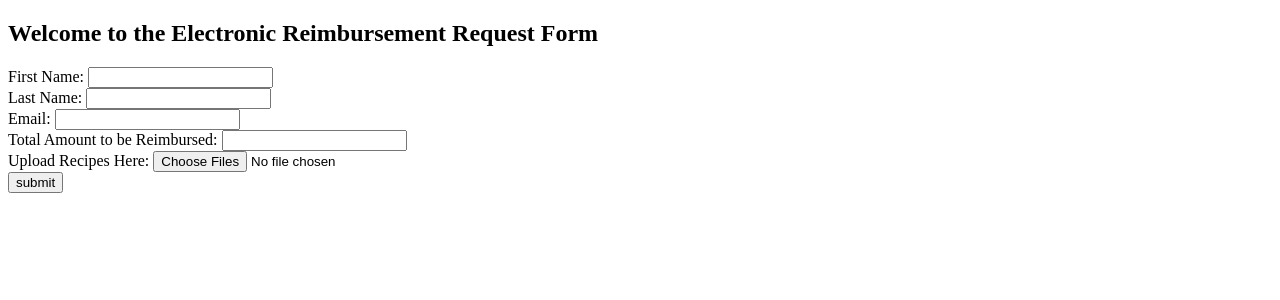
Repository: lharrill01/july_11_current_projects
Page: gres/src/main/java/gres/model/errfwelcome.html
These files come from the project's save history. The page is drawn as it stood at one moment and after the next save; the edit follows.
The browser window is 1280 px wide. The pictures show the whole page.

Above is the page before, as saved 2019-07-07 22:50:42.

### gres/src/main/java/gres/model/errfwelcome.html
<!DOCTYPE html>
<html lang="en">
<head>
    <meta charset="UTF-8">
    <meta name="viewport" content="width=device-width, initial-scale=1.0">
    <meta http-equiv="X-UA-Compatible" content="ie=edge">
    <title>Home: GERS</title>
</head>
<body>
<nav>
<a href=""></a>

</nav>
    <h2>Welcome to the Electronic Reimbursement Request Form</h2>
<div>
<form action="" method="post">
<label> First Name: </label>
<input type="text" name="firstName">
</div>
<div>
<label> Last Name: </label>
<input type="text" name="lastName">
</div>
<div>
<label> Email: </label>
<input type="email" name="emailaddress">
</div>
<div>
<label>Total Amount to be Reimbursed: </label>
<input type="text" name="rAmount">
</div>
<div>
<label> Upload Recipes Here: </label>
<input type="file" name="reciepts" accept="image/*" multiple>
</div>
<input type="submit" value="submit">
</form>
</body>
</html>

After the next save:
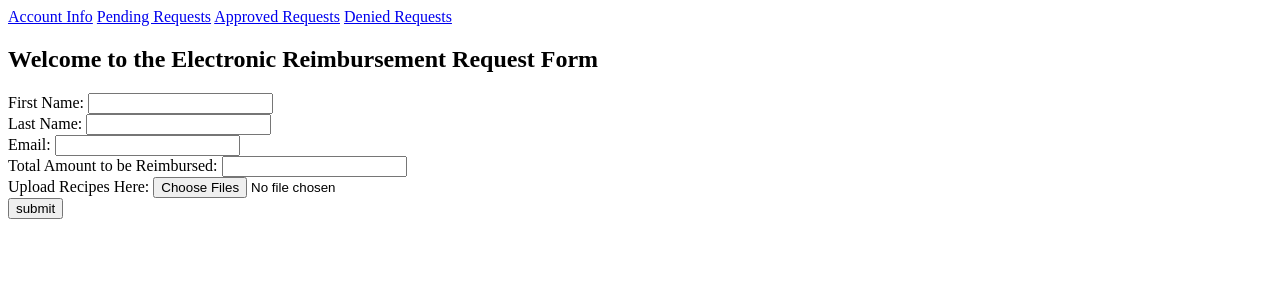
Saved 8 min 30 s later.
--- a/gres/src/main/java/gres/model/errfwelcome.html
+++ b/gres/src/main/java/gres/model/errfwelcome.html
@@ -8,7 +8,12 @@
 </head>
 <body>
 <nav>
-<a href=""></a>
+<a href="Account.html">Account Info</a>
+<a href="pendingRequests.html">Pending Requests</a>
+<a href="approvedRequests.html">Approved Requests</a>
+<a href="deniedRequests.html">Denied Requests</a>
+
+
 
 </nav>
     <h2>Welcome to the Electronic Reimbursement Request Form</h2>
